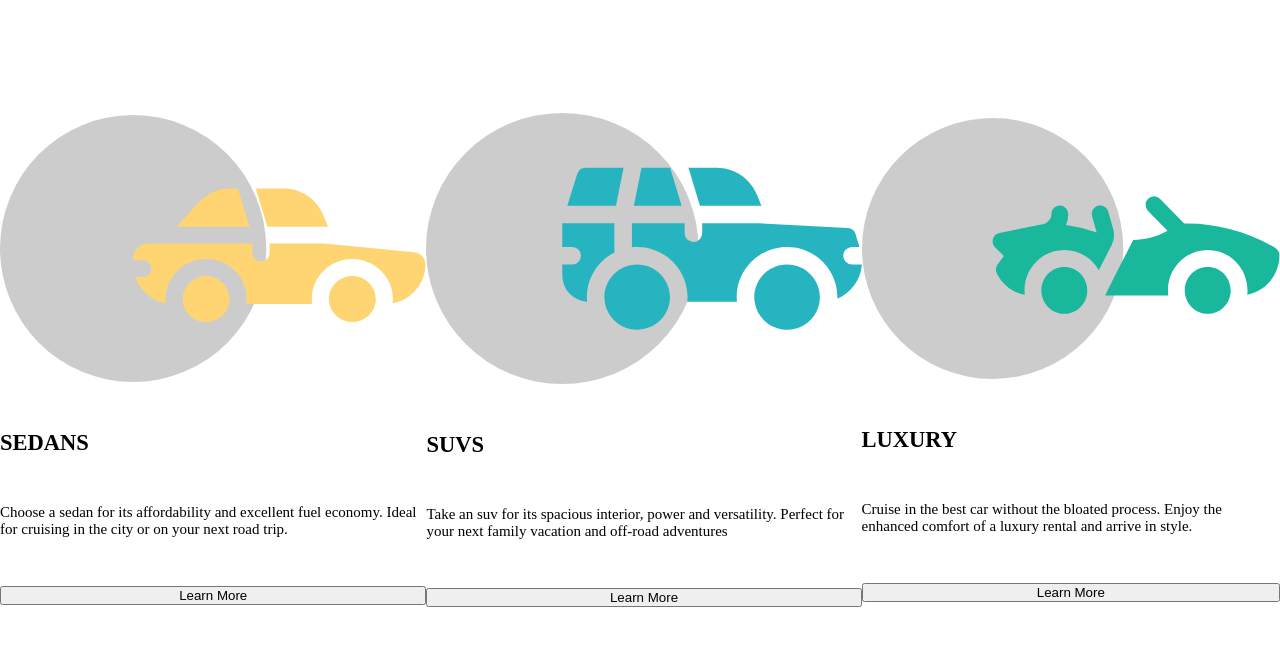
Repository: UnegbuAbigail/3-columns-cards
Page: index.html
An editor plug-in stored every save of this project. The page is shown before and after a run of saves, followed by the edit.
The browser window is 1280 px wide. The pictures show the whole page.

Above is the page before, as saved 2024-08-03 14:10:03.

### index.html
<!DOCTYPE html>
<html lang="en">
<head>
    <meta charset="UTF-8">
    <meta name="viewport" content="width=device-width, initial-scale=1.0">
    <title>Document</title>
    <link rel="stylesheet" href="style.css">
</head>
<body>
    <main>
        <section>
            <!-- card-1 -->
             <div class="cards">
                <img src="assets/icon-sedans.svg" alt="sedan-car-image">
                <h2>SEDANS</h2>
                <p>Choose a sedan for its affordability and excellent fuel economy. Ideal for cruising in the city or on your next road trip.</p>
                <button>Learn More</button>
             </div>

             <!-- card-2 -->

             <div class="cards">
                <img src="assets/icon-suvs.svg" alt="">
                <h2>SUVS</h2>
          <p>
            Take an suv for its spacious interior, power and versatility.
            Perfect for your next family vacation and off-road adventures
          </p>
          <button>Learn More</button>
             </div>

             <!-- card-3 -->
             <div class="cards">
                <img src="assets/icon-luxury.svg" alt="luxury-car-image">
                <h2>LUXURY</h2>
                <p>
                    Cruise in the best car without the bloated process. Enjoy the enhanced comfort of a luxury rental and arrive in style.
                </p>
                <button>Learn More</button>
               </div>
        </section>
    </main>
</body>
</html>

### style.css

@import url('https://fonts.googleapis.com/css2?family=Lexend+Deca:wght@100..900&family=Montserrat:ital,wght@0,100..900;1,100..900&display=swap');
@import url('https://fonts.googleapis.com/css2?family=Big+Shoulders+Display:wght@100..900&family=Lexend+Deca:wght@100..900&family=Montserrat:ital,wght@0,100..900;1,100..900&display=swap');

*{
    padding: 0;
    margin: 0;
    box-sizing: border-box;
}

:root{
    --bright-orange:hsl(31, 77%, 52%)
    --dark-cyan: hsl(184, 100%, 22%)
    --very-dark-cyan:hsl(179, 100%, 13%)
    --transparent-white:hsla(0, 0%, 100%, 0.75)
    --very-light-gray:hsl(0, 0%, 95%)
    --ff-big-shoulders-display:"Big Shoulders Display", sans-serif;
    --ff-lexand-deca:"Lexand Deca", sans-serif;
}

html,body{
    display: flex;
    justify-content: center;
    align-items: center;
    /* border: 2px, solid red; */
    min-height: 100%;
}

body{
    font-size: 15px;
}
main{
    display: flex;
    justify-content: center;
    align-items: center;
    min-height: 100%;
}

section{
        /* border: 2px solid blue; */
        display: flex;
        justify-content: center;
        align-items: center;
        width: 100%;
        height: 100%;

}
/* cards */
.cards{
    display: flex;
    flex-direction: column;
    gap: 3rem;
}

img

After the next 4 saves:
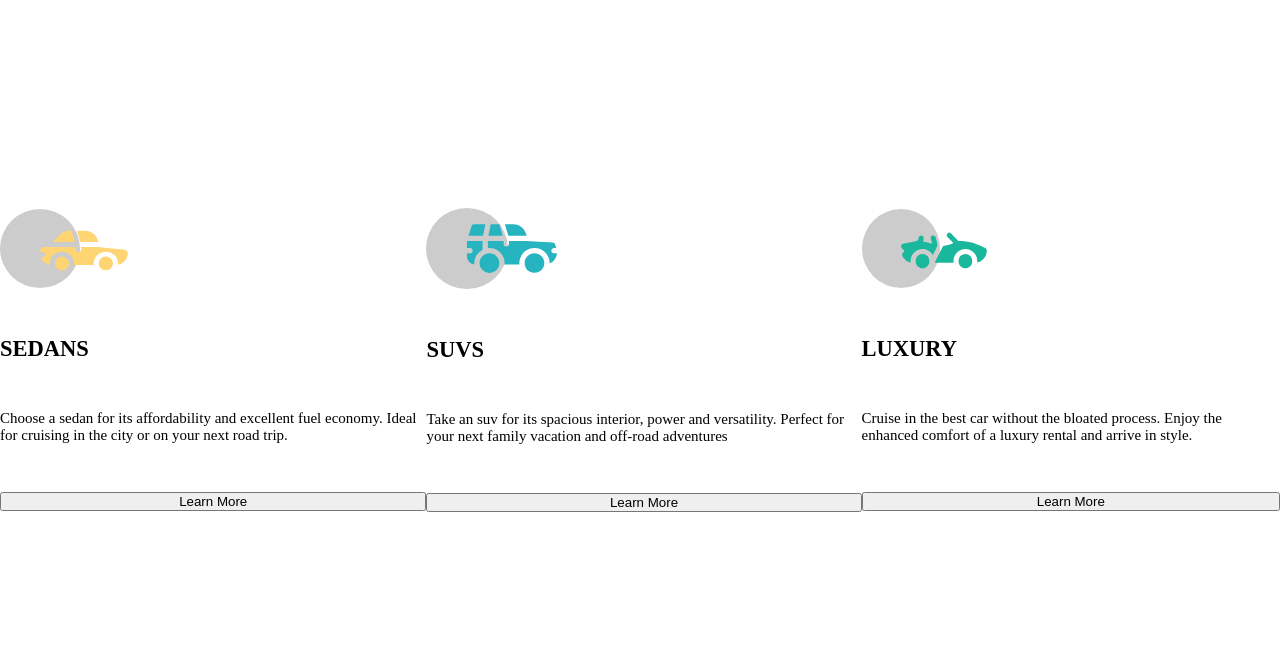
The 4 saves are shown as one change because they came seconds apart.
The last was saved 17 s later.
--- a/style.css
+++ b/style.css
@@ -52,4 +52,6 @@ section{
     gap: 3rem;
 }
 
-img
+img{
+    width: 30%;
+}
